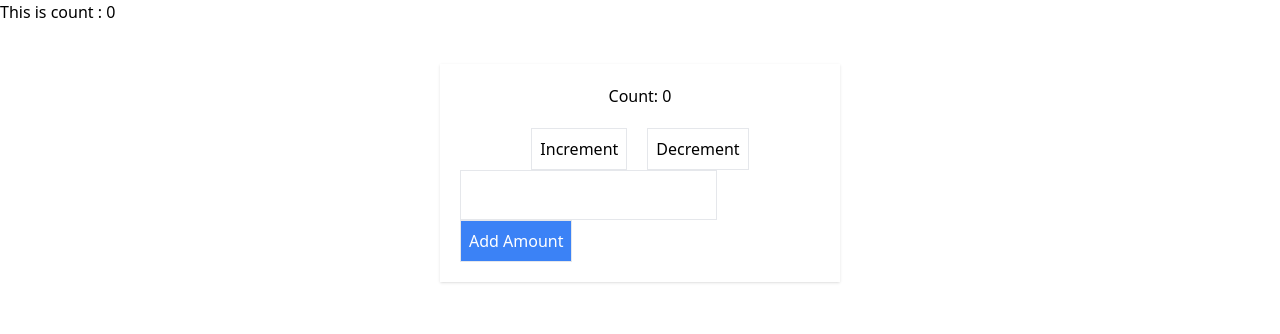
Repository: hoang0508/Learn-Redux-Evon
Page: /
An editor plug-in stored every save of this project. The page is shown before and after the next save, followed by the edit.
The browser window is 1280 px wide. The pictures show the whole page.
The project was rebuilt for these pictures with package versions that can differ from the ones it lists, and the page was loaded fresh each time. Also part of the build but not shown: src/App.css.

Above is the page before, as saved 2022-06-16 10:33:06.

### src/index.js
import React from "react";
import { createRoot } from "react-dom/client";
import App from "./App";
import reportWebVitals from "./reportWebVitals";
import "./index.css";
import { Provider } from "react-redux";
import store from "./redux/configureStore";

const container = document.getElementById("root");
const root = createRoot(container);

root.render(
  <React.StrictMode>
    <Provider store={store}>
      <App />
    </Provider>
  </React.StrictMode>
);

// If you want to start measuring performance in your app, pass a function
// to log results (for example: reportWebVitals(console.log))
// or send to an analytics endpoint. Learn more: https://bit.ly/CRA-vitals
reportWebVitals();

### src/App.js
import React, { useState } from "react";
import { useSelector } from "react-redux";
import "./App.css";
import Counter from "./components/Counter";

function App() {
  const count = useSelector((state) => state.counter.count);
  return (
    <>
      <h2>This is count : {count}</h2>
      <Counter />
    </>
  );
}

export default App;

### src/redux/configureStore.js
import { createStore, combineReducers } from "redux";
import counterReducer from "./counter";

const reducer = combineReducers({
  // key: value
  counter: counterReducer,
});

const store = createStore(reducer);
export default store;

### src/components/Counter.js
import React, { useState } from "react";
import { useDispatch, useSelector } from "react-redux";
import { decrement, increment } from "../redux/counter";

const Counter = (props) => {
  const [incrementAmount, setIncrementAmount] = useState(2);
  const count = useSelector((state) => state.counter.count);
  const dispatch = useDispatch();
  const handleIncrement = () => {
    // setCount(() => count + 1);
    dispatch(increment());
  };
  const handleDecrement = () => {
    // setCount(() => count - 1);
    dispatch(decrement());
  };
  return (
    <div className="flex flex-col items-center p-5 bg-white shadow w-[400px] mx-auto mt-10">
      <h2 className="mb-5">Count: {count}</h2>
      <div className="flex justify-center items-center gap-x-5">
        <button
          className="inline-block border-gray-200 p-2 border"
          onClick={handleIncrement}
        >
          Increment
        </button>
        <button
          className="inline-block border-gray-200 p-2 border"
          onClick={handleDecrement}
        >
          Decrement
        </button>
      </div>
      <div>
        <input
          className="border border-gray-200 p-3"
          type="text"
          onChange={(e) => setIncrementAmount(e.target.value)}
        />
        <button className="inline-block border-gray-200 p-2 border bg-blue-500 text-white">
          Add Amount
        </button>
      </div>
    </div>
  );
};

export default Counter;

### src/redux/counter.js
const INCREMENT = "increment";
const DECREMENT = "decrement";

const initialState = {
  count: 0,
};

export const increment = () => ({
  type: INCREMENT,
});

export const decrement = () => ({
  type: DECREMENT,
});

function counterReducer(state = initialState, action) {
  switch (action.type) {
    case INCREMENT:
      return {
        ...state,
        count: state.count + 1,
      };

    case DECREMENT:
      return {
        ...state,
        count: state.count - 1,
      };

    default:
      return state;
  }
}

export default counterReducer;

Loaded but not shown: public/index.html (common file); src/reportWebVitals.js (common file); src/index.css (common file); tailwind.config.js (common file)

After the next save:
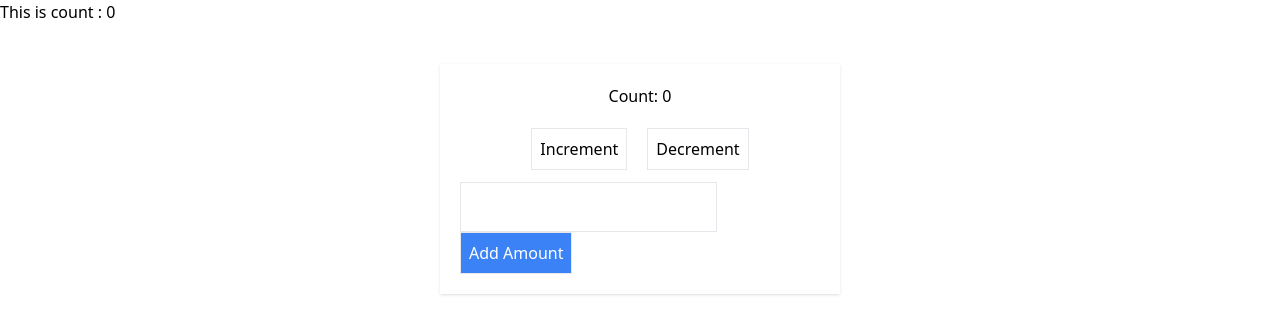
Saved 10 s later.
--- a/src/components/Counter.js
+++ b/src/components/Counter.js
@@ -31,7 +31,7 @@ const Counter = (props) => {
           Decrement
         </button>
       </div>
-      <div>
+      <div className="mt-3">
         <input
           className="border border-gray-200 p-3"
           type="text"
